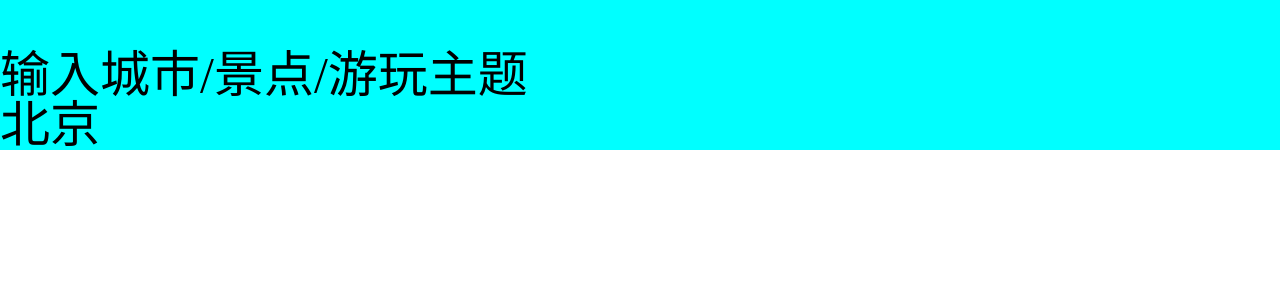
Repository: Maxwelllong/travelApp
Page: /
These files come from the project's save history. The page is drawn as it stood at one moment and after the next save; the edit follows.
The browser window is 1280 px wide. The pictures show the whole page.
The project was rebuilt for these pictures with package versions that can differ from the ones it lists, and the page was loaded fresh each time. Also part of the build but not shown: vue.config.js.

Above is the page before, as saved 2021-06-21 19:39:40.

After the next save:
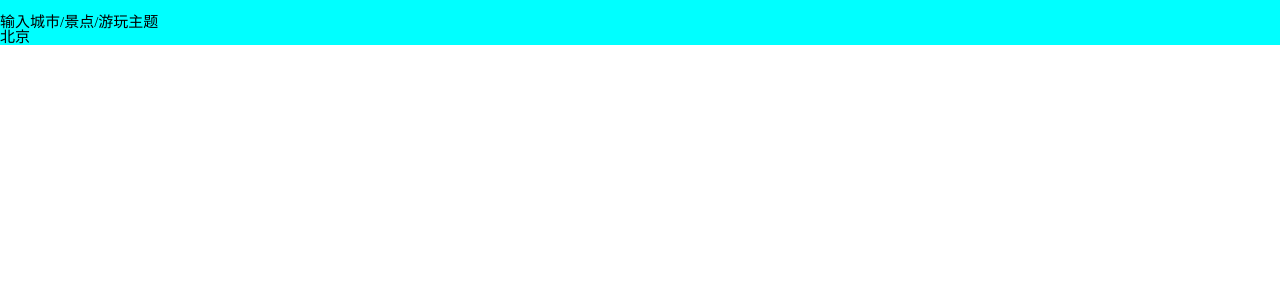
Saved 26 s later.
--- a/src/views/homePage/header-search.vue
+++ b/src/views/homePage/header-search.vue
@@ -23,5 +23,6 @@ export default {
     .header{
         width: 100%;
         background: aqua;
+        font-size: .3rem;
     }
 </style>
